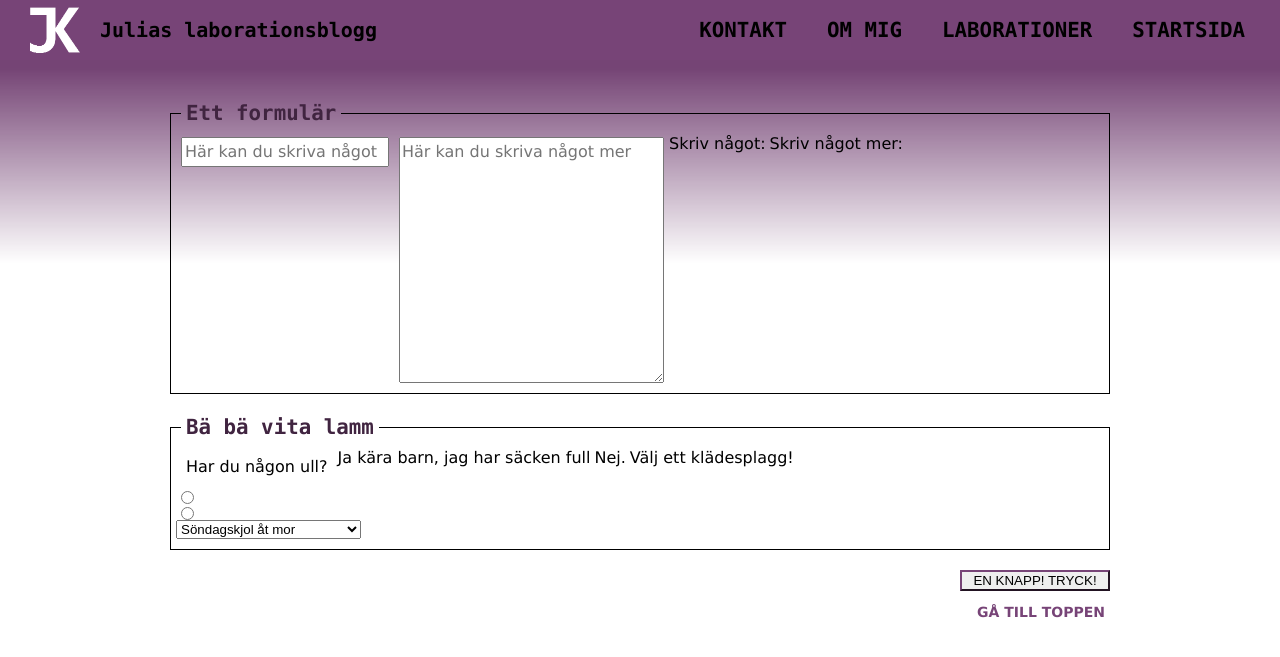
Repository: jk222rp/1ik415-laborationer-2014
Page: pages/kontakt.html
The author's editor kept a record of every edit. The page is drawn from the files as they stood at one moment, then again after the next edit.
The browser window is 1280 px wide. The pictures show the whole page.

Above is the page before.

After the next edit:
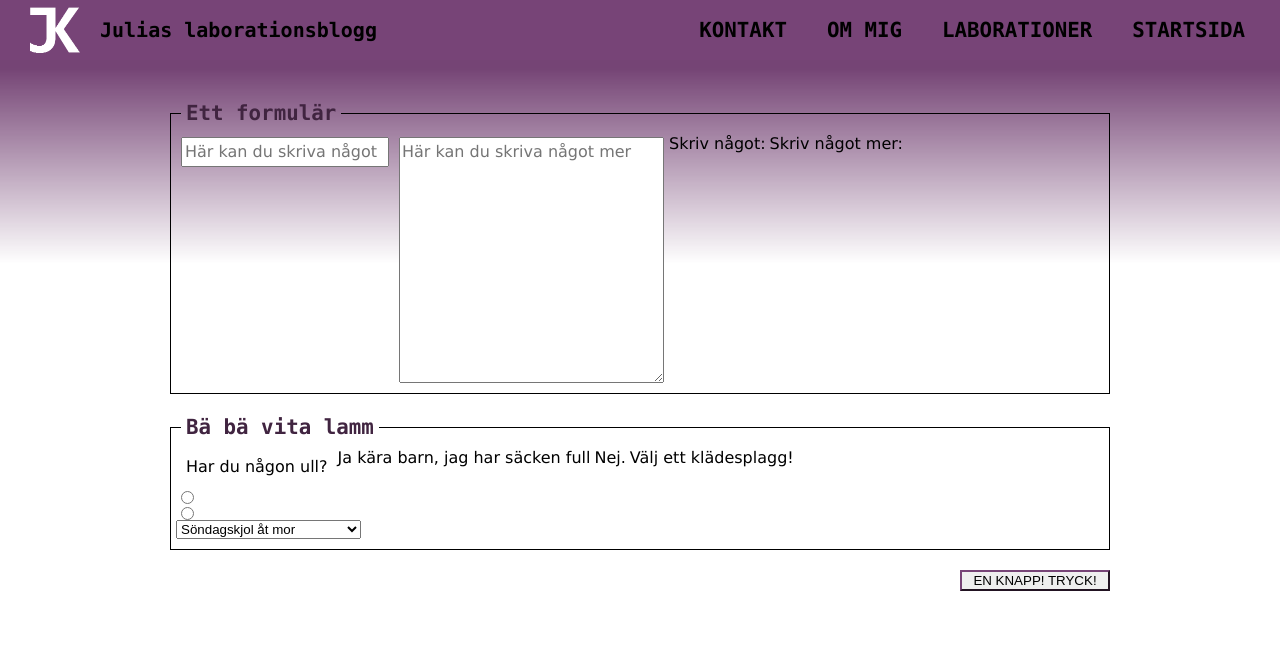
The edit:
--- a/pages/kontakt.html
+++ b/pages/kontakt.html
@@ -59,11 +59,6 @@
                 </form>
             </div>
 
-<!--Go to top-->
-            <div id="footer">
-                <p><a href="#header">Gå till toppen</a></p>
-            </div>
-
         </div>
 
     </body>
